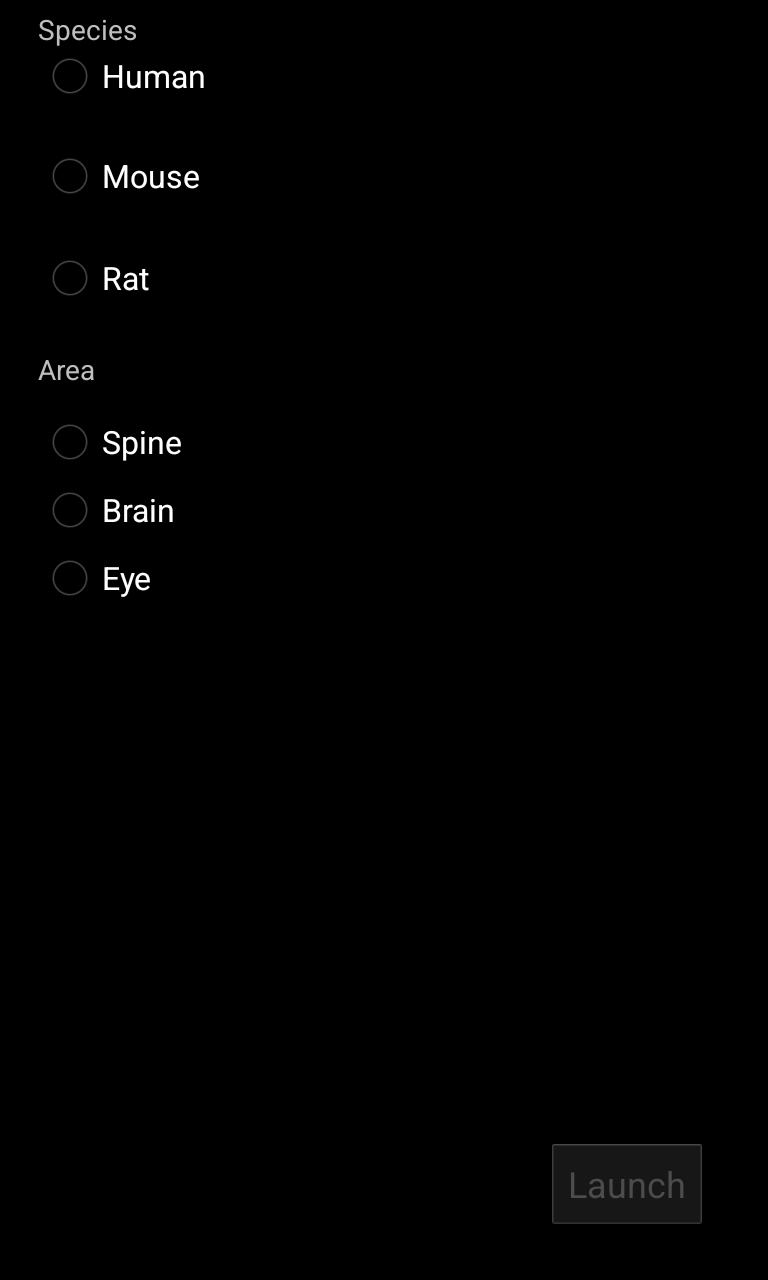
Repository: Ekarg/CSCE315Project3
Layout: Project3/res/layout/activity_main.xml
The author's editor kept a copy of each file at every save. The layout is drawn from the files as they stood at one save, then again after the next save.
It is drawn on a 768 x 1280 px phone screen (xhdpi) without system bars, with theme android:Theme.Holo; the app's code is not run.

Above is the layout before, as saved 2013-11-27 20:12:07.

After the next save:
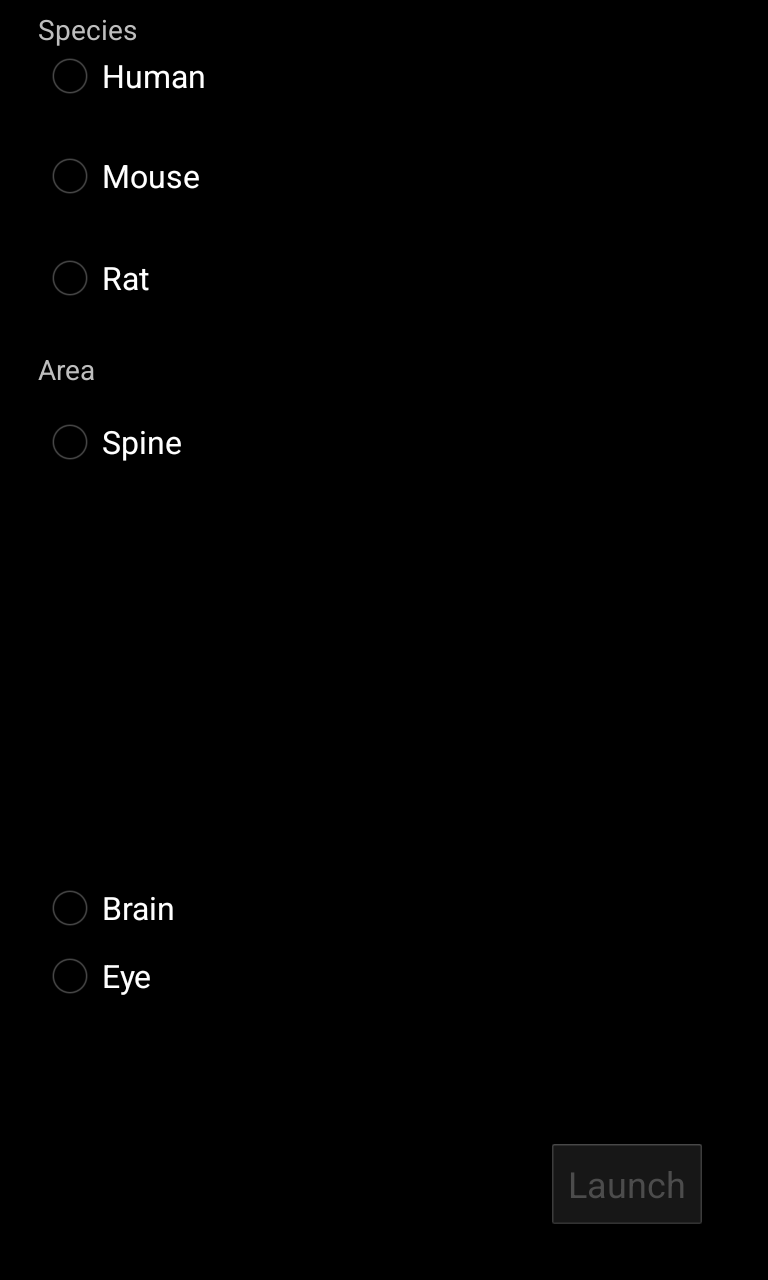
Saved 117 s later.
--- a/Project3/res/layout/activity_main.xml
+++ b/Project3/res/layout/activity_main.xml
@@ -100,7 +100,7 @@
 	        android:layout_width="wrap_content"
 	        android:layout_height="wrap_content"
 	        android:layout_marginLeft="14dp"
-	        android:layout_marginTop="2dp"
+	        android:layout_marginTop="201dp"
 	        android:checked="false"
 	        android:onClick="onRadioButtonClicked"
 	        android:text="@string/brain" />
